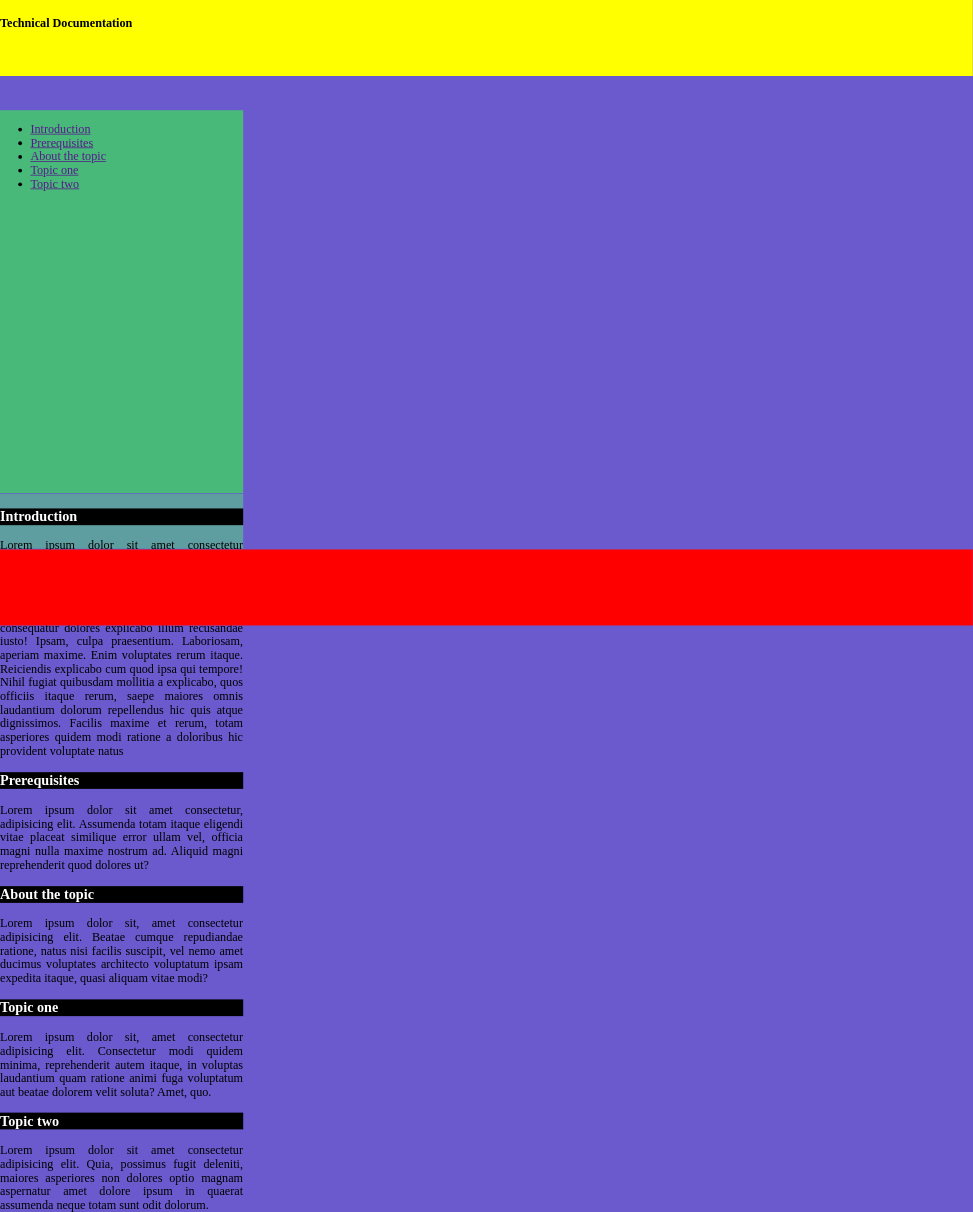
Repository: JoaoLemesDEV/Excercise-Tech-Documentation-Page
Page: index.html
These files come from the project's save history. The page is drawn as it stood at one moment and after a run of saves; the edit follows.
The browser window is 1280 px wide. The pictures show the whole page, at 76% of full size.

Above is the page before, as saved 2021-10-03 21:53:16.

### index.html
<!DOCTYPE html>
<html lang="en">
  <head>
    <meta charset="UTF-8" />
    <meta http-equiv="X-UA-Compatible" content="IE=edge" />
    <meta name="viewport" content="width=device-width, initial-scale=1.0" />
    <title>Technical Documentaion</title>
    <link rel="stylesheet" href="index.css" />
  </head>
  <body>
    <div class="wrapper">
      <header><h4>Technical Documentation</h4></header>
      <aside>
        <nav>
          <ul>
            <li><a href="">Introduction</a></li>
            <li><a href="">Prerequisites</a></li>
            <li><a href="">About the topic</a></li>
            <li><a href="">Topic one</a></li>
            <li><a href="">Topic two</a></li>
          </ul>
        </nav>
      </aside>
      <main>
        <section id="introduction">
          <h3 style="background: black; color: white">Introduction</h3>
          <p>
            Lorem ipsum dolor sit amet consectetur adipisicing elit. Iste
            quisquam odio beatae, aperiam sint porro rem voluptate, soluta
            necessitatibus reprehenderit laudantium quaerat, itaque quod fugit
            nihil officia. Ad perspiciatis ea culpa doloribus fuga inventore
            iste eaque a, consequatur dolores explicabo illum recusandae iusto!
            Ipsam, culpa praesentium. Laboriosam, aperiam maxime. Enim
            voluptates rerum itaque. Reiciendis explicabo cum quod ipsa qui
            tempore! Nihil fugiat quibusdam mollitia a explicabo, quos officiis
            itaque rerum, saepe maiores omnis laudantium dolorum repellendus hic
            quis atque dignissimos. Facilis maxime et rerum, totam asperiores
            quidem modi ratione a doloribus hic provident voluptate natus
          </p>
        </section>
        <section id="Prerequisites">
          <h3 style="background: black; color: white">Prerequisites</h3>
          <p>
            Lorem ipsum dolor sit amet consectetur, adipisicing elit. Assumenda
            totam itaque eligendi vitae placeat similique error ullam vel,
            officia magni nulla maxime nostrum ad. Aliquid magni reprehenderit
            quod dolores ut?
          </p>
        </section>
        <section id="about the topic">
          <h3 style="background: black; color: white">About the topic</h3>
          <p>
            Lorem ipsum dolor sit, amet consectetur adipisicing elit. Beatae
            cumque repudiandae ratione, natus nisi facilis suscipit, vel nemo
            amet ducimus voluptates architecto voluptatum ipsam expedita itaque,
            quasi aliquam vitae modi?
          </p>
        </section>
        <section id="topic one">
          <h3 style="background: black; color: white">Topic one</h3>
          <p>
            Lorem ipsum dolor sit, amet consectetur adipisicing elit.
            Consectetur modi quidem minima, reprehenderit autem itaque, in
            voluptas laudantium quam ratione animi fuga voluptatum aut beatae
            dolorem velit soluta? Amet, quo.
          </p>
        </section>
        <section id="topic two">
          <h3 style="background: black; color: white">Topic two</h3>
          <p>
            Lorem ipsum dolor sit amet consectetur adipisicing elit. Quia,
            possimus fugit deleniti, maiores asperiores non dolores optio magnam
            aspernatur amet dolore ipsum in quaerat assumenda neque totam sunt
            odit dolorum.
          </p>
        </section>
      </main>
      <footer></footer>
    </div>
  </body>
</html>

### index.css
html body{
  margin: 0;
  padding: 0;
  box-sizing: border-box;
  background-color: slateblue;

}
.wrapper {
    display: grid;
    grid-template-columns: 1fr 3fr;
    grid-template-rows: 20vh 70vh 10vh;
    grid-gap: 1px 1px;
}

header{
  background-color: yellow;
  height: 100px;
  grid-column-start: 1;
  grid-column-end: 3;
}

aside{
background-color: rgb(73, 185, 122);
grid-column-start: 1;
grid-column-end: 2;
}

main{
  background-color: cadetblue;
  text-align: justify;
  grid-column-start: 1;
  grid-column-end: 2;
}

footer{
  background-color: red;
  height: 100px;
  grid-column-start: 1;
  grid-column-end: 3;
}

After the next 2 saves:
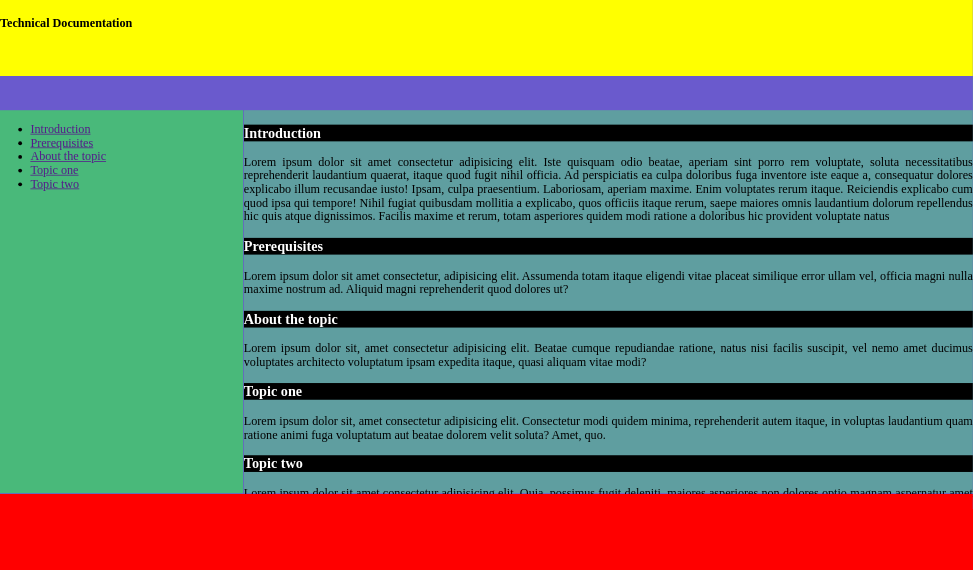
The 2 saves are shown as one change because they came seconds apart.
The last was saved 12 s later.
--- a/index.css
+++ b/index.css
@@ -28,8 +28,8 @@ grid-column-end: 2;
 main{
   background-color: cadetblue;
   text-align: justify;
-  grid-column-start: 1;
-  grid-column-end: 2;
+  grid-column-start: 2;
+  grid-column-end: 3;
 }
 
 footer{
